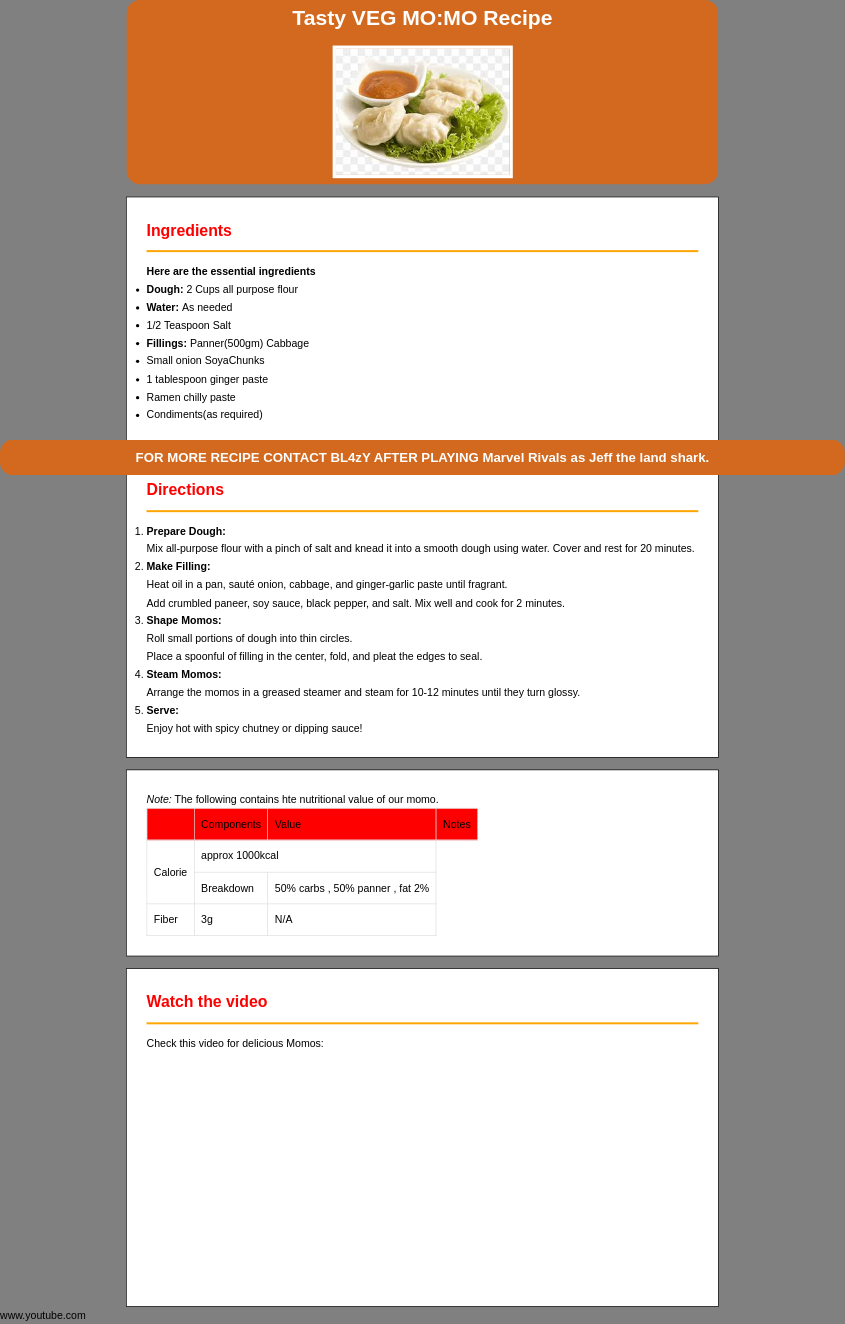
Repository: GigaByte6610/recipe
Page: index.html
An editor plug-in stored every save of this project. The page is shown before and after the next save, followed by the edit.
The browser window is 1280 px wide. The pictures show the whole page, at 66% of full size.
Pictures or frames that could not be fetched are drawn as grey boxes.

Above is the page before, as saved 2025-02-07 02:10:39.

After the next save:
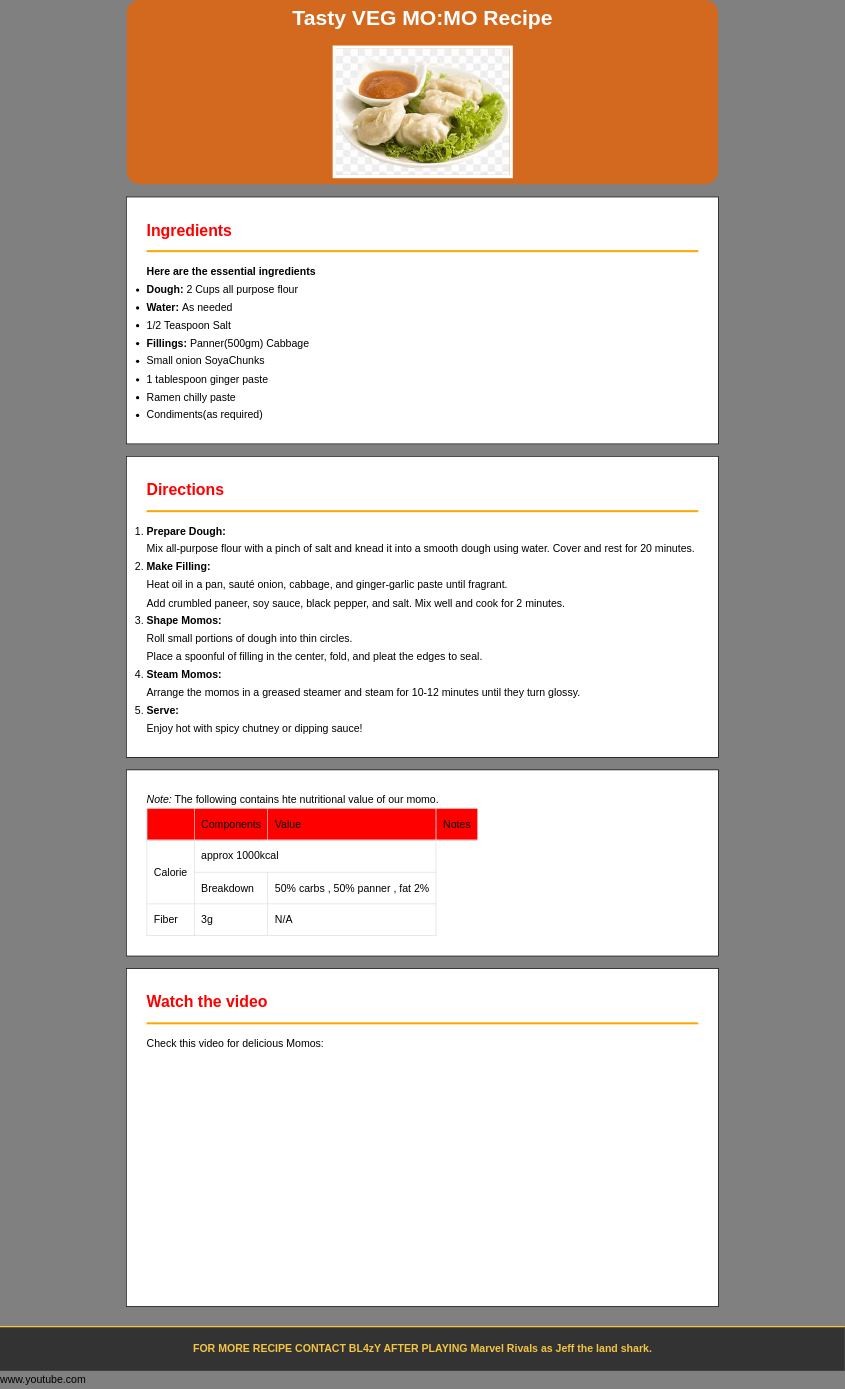
Saved 16 s later.
--- a/style.css
+++ b/style.css
@@ -70,19 +70,33 @@ iframe {
     display: block;
 }
 
-footer {
-    background-color: chocolate;
+.recipe-footer {
+    background-color: #333;
+    /* Dark background color */
+    color: #fff;
+    /* White text color */
     text-align: center;
-    padding: 10px;
-    margin-top: 20px;
-    border-radius: 20px;
-    color: white;
-    font-size: 20px;
-    font-weight: bold;
-    position: fixed;
-    bottom: 0;
-    width: 100%;
-    left: 0;
-    right: 0;
-    z-index: 999;
+    /* Center-align the text */
+    padding: 20px 10px;
+    /* Add some padding */
+    font-family: Arial, sans-serif;
+    /* Use a clean font */
+    font-size: 16px;
+    /* Set a readable font size */
+    border-top: 2px solid #f4c542;
+    /* Add a top border with a contrasting color */
+    margin-top: 30px;
+    /* Add some space above the footer */
 }
+
+.recipe-footer p {
+    margin: 0;
+    /* Remove default margin */
+    line-height: 1.6;
+    /* Improve readability */
+}
+
+.recipe-footer strong {
+    color: #f4c542;
+    /* Highlight the strong text with a different color */
+}
